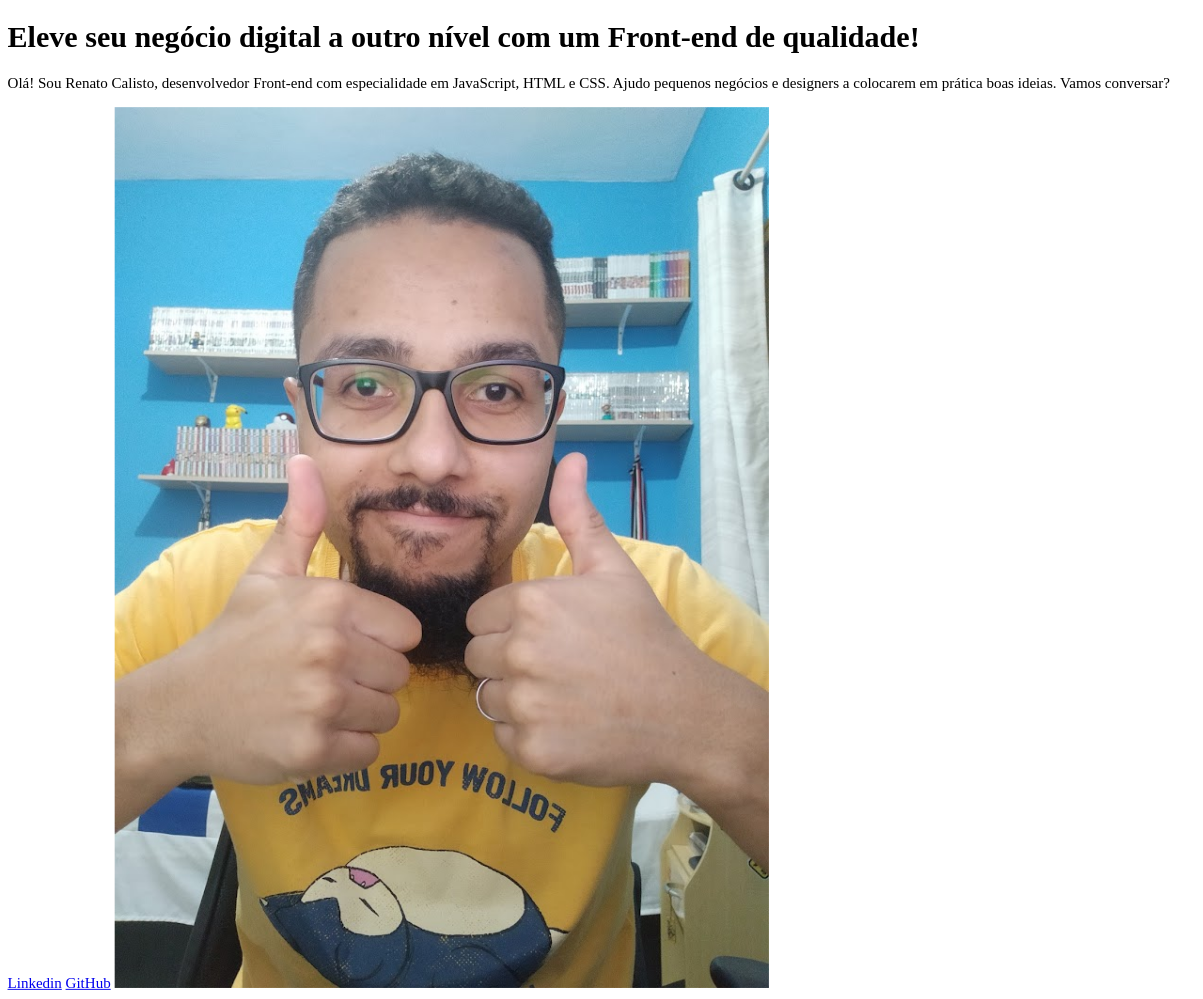
Repository: RenatoCCS/Portfolio_Alura
Page: index.html
An editor plug-in stored every save of this project. The page is shown before and after the next save, followed by the edit.
The browser window is 1280 px wide. The pictures show the whole page, at 94% of full size.

Above is the page before, as saved 2023-02-24 08:30:00.

After the next save:
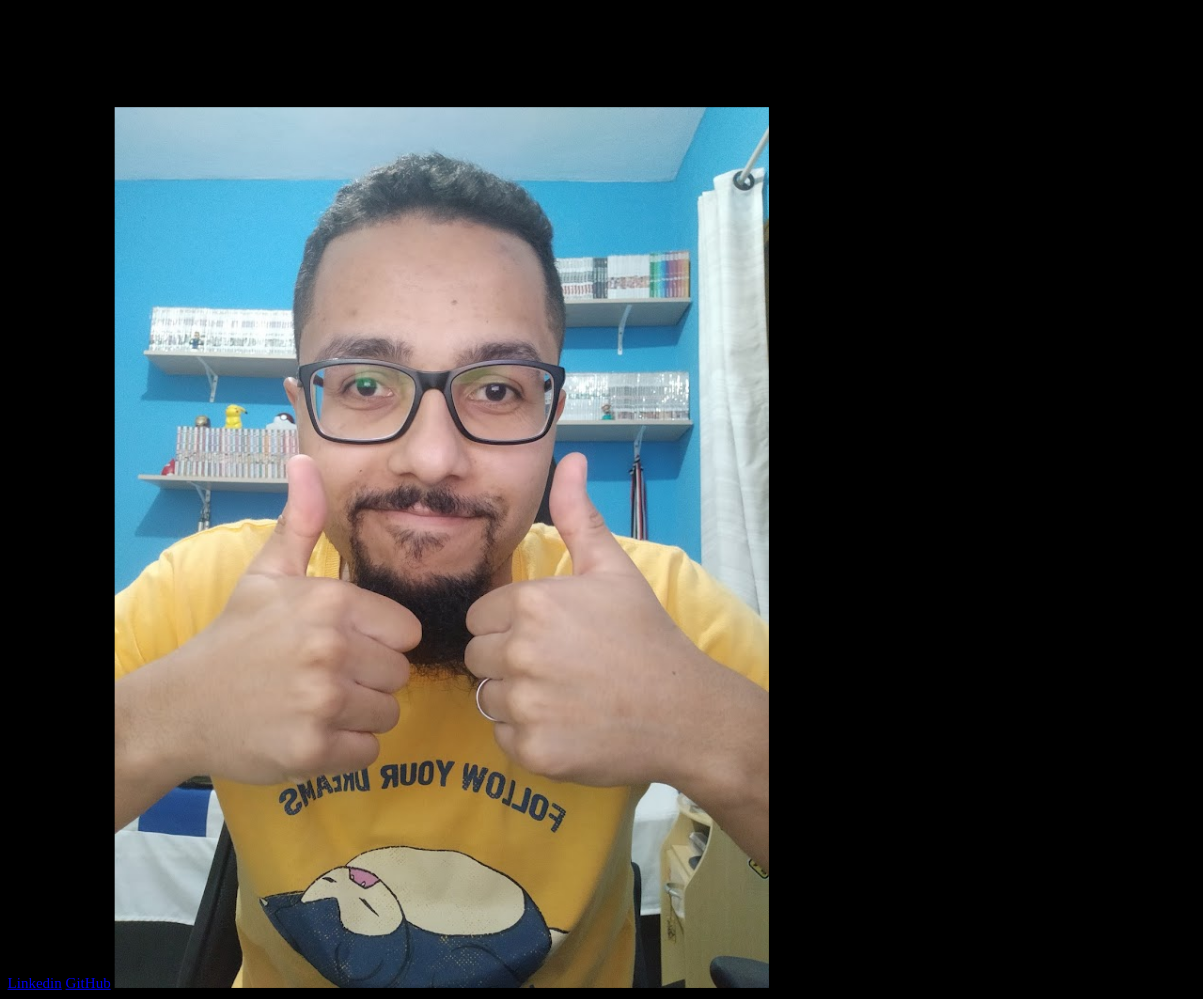
Saved 50 s later.
--- a/index.html
+++ b/index.html
@@ -5,6 +5,7 @@
     <meta http-equiv="X-UA-Compatible" content="IE=edge" />
     <meta name="viewport" content="width=device-width, initial-scale=1.0" />
     <title>POrtfolio</title>
+    <link rel="stylesheet" href="style.css" />
   </head>
   <body>
     <header></header>
